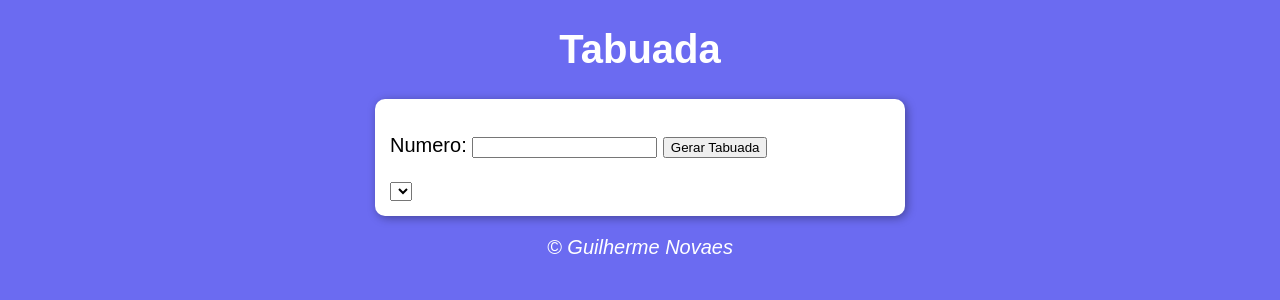
Repository: Guilherme-RNovaes/JavaScript-Curso
Page: Aula 14ex/ex017/index.html
An editor plug-in stored every save of this project. The page is shown before and after a run of saves, followed by the edit.
The browser window is 1280 px wide. The pictures show the whole page.

Above is the page before, as saved 2022-09-10 09:31:56.

After the next 2 saves:
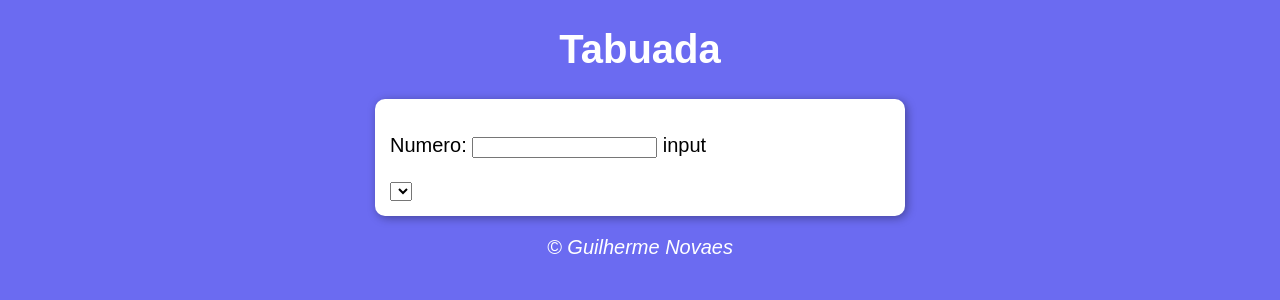
The 2 saves are shown as one change because they came seconds apart.
The last was saved 44 s later.
--- a/Aula 14ex/ex017/index.html
+++ b/Aula 14ex/ex017/index.html
@@ -13,8 +13,7 @@
     </header>
     <section>
         <div>
-            <p>Numero: <input type="number" name="num" id="txtn">
-            <button>Gerar Tabuada</button></p>
+            <p>Numero: <input type="number" name="num" id="txtn"> input</p>
         </div>
         <div>
             <select name="tabuada" id="seltab"></select>
